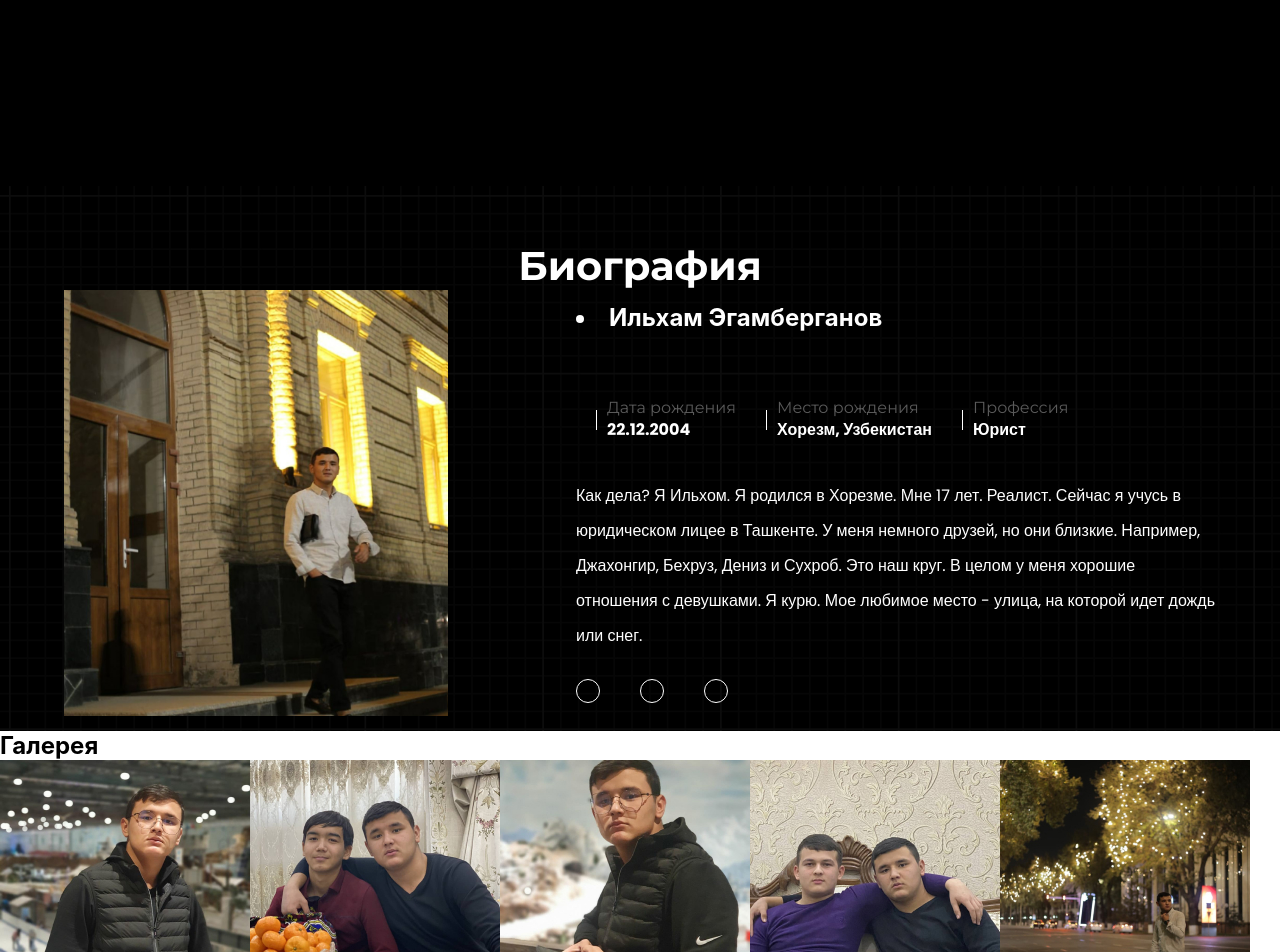
Repository: sardorexe/xishnik
Page: /
An editor plug-in stored every save of this project. The page is shown before and after a run of saves, followed by the edit.
The browser window is 1280 px wide. The pictures show the part of the page from y = 534 to 1486 px (the page is 1985 px tall before and 2085 px after).
Pictures or frames that could not be fetched are drawn as grey boxes. Some icons come from a web library that is not loaded, so they are not drawn. Some web libraries are served in a nearby version. The project was rebuilt for these pictures with package versions that can differ from the ones it lists, and the page was loaded fresh each time. Some packages were replaced by stand-ins written for this rebuild. The framework's server and built-in components were replaced by stand-ins that run in the browser. Also part of the build but not shown: next.config.js.

Above is the page before, as saved 2021-09-27 18:51:09.

### pages/_app.js
import "../styles/globals.css";
import Layout from "../comps/layout";
import Head from "next/head";

function MyApp({ Component, pageProps }) {
  return (
    <>
      <Head>
        <link
          rel="stylesheet"
          href="https://pro.fontawesome.com/releases/v5.10.0/css/all.css"
          integrity="sha384-AYmEC3Yw5cVb3ZcuHtOA93w35dYTsvhLPVnYs9eStHfGJvOvKxVfELGroGkvsg+p"
          crossorigin="anonymous"
        />
      </Head>
      <Layout>
        <Component {...pageProps} />
      </Layout>
    </>
  );
}

export default MyApp;

### pages/_document.js
import Document, { Html, Head, Main, NextScript } from "next/document";

class MyDocument extends Document {
  static async getInitialProps(ctx) {
    const initialProps = await Document.getInitialProps(ctx);
    return { ...initialProps };
  }

  render() {
    return (
      <Html lang="en">
        <Head />
        <body>
          <Main />
          <NextScript />
        </body>
      </Html>
    );
  }
}

export default MyDocument

### pages/index.js
import Head from "next/head";
import Biography from "../comps/Biography";
import Gallery from "../comps/Gallery";
import Header from "../comps/Header";

export default function Home() {
  return (
    <>
      <Head>
        <title>Xishnik</title>
        <meta name="description" content="Xishnik gang bang" />
        <link rel="preconnect" href="https://fonts.googleapis.com" />
        <link rel="preconnect" href="https://fonts.gstatic.com" crossOrigin />
        <link
          href="https://fonts.googleapis.com/css2?family=Montserrat:wght@100;300;400;700&family=Poppins:wght@300;400;500;700&family=Quicksand:wght@700&display=swap&family=Racing+Sans+One&display=swap"
          rel="stylesheet"
        />
      </Head>
      <Header />
      <Biography />
      <Gallery />
    </>
  );
}

### styles/globals.css
::-webkit-scrollbar {
  display: none;
}

html,
body {
  padding: 0;
  margin: 0;
  font-family: -apple-system, BlinkMacSystemFont, Segoe UI, Roboto, Oxygen,
    Ubuntu, Cantarell, Fira Sans, Droid Sans, Helvetica Neue, sans-serif;
  box-sizing: border-box;
}

h1,
h2,
h3,
h4,
h5,
h6,
p {
  margin: 0;
  padding: 0;
}

a {
  color: inherit;
  text-decoration: none;
}

* {
  box-sizing: border-box;
}

### comps/layout.js
import Indicator from "./Indicator";

export default function Layout({ children }) {
  return (
    <>
      <Indicator />
      {children}
    </>
  );
}

### comps/Biography.js
import styles from "../styles/Biography.module.css";
import { useState, useEffect } from "react";
import AboutBox from "./miniComp/AboutBox";
import SocialMedia from "./miniComp/SocialMedia";

export default function Biography() {
  const [age, setAge] = useState(0);

  const calcAge = () => {
    let date = new Date();
    setAge(date.getFullYear() - 2004);
  };

  useEffect(() => {
    calcAge();
  }, []);

  return (
    <main className={styles.container}>
      <h1 className={styles.contentTitle}>Биография</h1>
      <div className={styles.parentContent}>
        <div className={styles.img}>
          <img
            src="/biography.jpg"
            width="100%"
            alt="xishnik, ilhom, xiwnik, hishnik, hiwnik, litsey, yurist, xorazm, gurlan"
          />
        </div>
        <div className={styles.content}>
          <h2>
            <li>Ильхaм Эгамберганов</li>
          </h2>
          <div className={styles.about}>
            <AboutBox
              icon="fal fa-calendar"
              title="Дата рождения"
              content="22.12.2004"
            />
            <AboutBox
              icon="fas fa-map-marker-alt"
              title="Место рождения"
              content="Хорезм, Узбекистан"
            />
            <AboutBox
              icon="fas fa-briefcase"
              title="Профессия"
              content="Юрист"
            />
          </div>
          <p className={styles.more}>
            Как дела? Я Ильхом. Я родился в Хорезме. Мне {age} лет. Реалист.
            Сейчас я учусь в юридическом лицее в Ташкенте. У меня немного
            друзей, но они близкие. Например, Джахонгир, Бехруз, Дениз и Сухроб.
            Это наш круг. В целом у меня хорошие отношения с девушками. Я курю.
            Мое любимое место - улица, на которой идет дождь или снег.
          </p>
          <div className={styles.social}>
            <SocialMedia
              icon="fab fa-instagram"
              url="https://instagram.com/xishnik_3583"
            />
            <SocialMedia icon="fas fa-phone" url="tel:+998974533583" />
            <SocialMedia
              icon="fab fa-telegram-plane"
              url="https://t.me/MR_ILKHAM"
            />
          </div>
        </div>
      </div>
      <div className={styles.freeContent}></div>
    </main>
  );
}

### comps/Gallery.js
import styles from "../styles/Gallery.module.css";

export default function Gallery() {
  return (
    <section className={styles.container}>
      <h2 className={styles.title}>Галерея</h2>
      <div className={styles.photos}>
        <div className={styles.photo}>
          <img
            src="/gallery1.jpg"
            alt="Xishnik jalla xishnik, ilhom, xiwnik, hishnik, hiwnik, litsey, yurist, xorazm, gurlan"
          />
          <img
            src="/gallery2.jpg"
            alt="Xishnik jalla xishnik, ilhom, xiwnik, hishnik, hiwnik, litsey, yurist, xorazm, gurlan"
          />
          <img
            src="/gallery3.jpg"
            alt="Xishnik jalla xishnik, ilhom, xiwnik, hishnik, hiwnik, litsey, yurist, xorazm, gurlan"
          />
          <img
            src="/gallery4.jpg"
            alt="Xishnik jalla xishnik, ilhom, xiwnik, hishnik, hiwnik, litsey, yurist, xorazm, gurlan"
          />
          <img
            src="/gallery5.jpg"
            alt="Xishnik jalla xishnik, ilhom, xiwnik, hishnik, hiwnik, litsey, yurist, xorazm, gurlan"
          />
          <img
            src="/gallery6.jpg"
            alt="Xishnik jalla xishnik, ilhom, xiwnik, hishnik, hiwnik, litsey, yurist, xorazm, gurlan"
          />
        </div>
      </div>
    </section>
  );
}

### comps/Header.js
import styles from "../styles/Home.module.css";

export default function Header() {
  return (
    <>
      <header className={styles.header}>
        <div className={styles.background}>
          <video
            loop
            muted
            autoPlay
            style={{
              objectFit: "cover",
              height: "100%",
              width: "40%",
              opacity: "0.6",
            }}
            src="/background.mp4"
          ></video>
        </div>
        <div className={styles.content}>
          <div className={styles.textContent}>
            <h1>XISHNIK GANG</h1>
            <li> -- Я получу всё что хочу</li>
          </div>
        </div>
      </header>
    </>
  );
}

### comps/Indicator.js
import { useState, useEffect } from "react";

export default function Indicator() {
  const [width, setWidth] = useState(0);
  const watchScrolling = () => {
    let winScroll =
      document.body.scrollTop || document.documentElement.scrollTop;
    let height =
      document.documentElement.scrollHeight -
      document.documentElement.clientHeight;
    let scrolled = (winScroll / height) * 100;
    setWidth(scrolled);
  };

  useEffect(() => {
    window.onscroll = function () {
      watchScrolling();
    };
  }, [width]);

  return (
    <>
      <div className="indicator"></div>
      <style jsx>{`
        .indicator {
          position: fixed;
          top: 0;
          left: 0;
          width: ${width}%;
          height: 4px;
          background: #fff;
          z-index: 99999999;
        }
      `}</style>
    </>
  );
}

### styles/Biography.module.css
.container {
  background: url(/background.jpg);
  background-size: cover;
  background-repeat: no-repeat;
  display: flex;
  flex-direction: column;
  justify-content: space-between;
  align-items: center;
  color: #fff;
}

.contentTitle {
  font-family: "Montserrat", sans-serif;
  font-weight: bold;
  margin-top: 55px;
  font-size: 40px;
}

.parentContent {
  display: flex;
  flex-direction: row;
  justify-content: space-around;
  width: 100%;
}

.content {
  display: flex;
  flex-direction: column;
  align-items: flex-start;
  justify-content: space-around;
  width: 50%;
}

.content h2 {
  margin-bottom: 40px;
}

.img {
  overflow: hidden;
  width: 30%;
}

.img img {
  width: 100%;
  height: 100%;
  object-fit: cover;
}

.about {
  display: flex;
  flex-direction: row;
  align-items: center;
  justify-content: space-between;
  flex-wrap: wrap;
}

.more {
  font-family: "Poppins", sans-serif;
  font-weight: medium;
  line-height: 35px;
}

.social {
  display: flex;
  flex-direction: row;
  align-items: flex-start;
}

.freeContent {
  margin-top: 15px;
}

### comps/miniComp/AboutBox.js
export default function AboutBox({ icon, title, content }) {
  return (
    <>
      <div className="aboutBox">
        <div className="icon">
          <i className={icon}></i>
        </div>
        <div className="text">
          <p className="title">{title}</p>
          <p className="content">{content}</p>
        </div>
      </div>
      <style jsx>{`
        .aboutBox {
          display: flex;
          flex-direction: row;
          align-items: center;
          justify-content: center;
          margin: 0 10px 10px 0;
        }

        .icon {
          display: flex;
          align-items: center;
          justify-content: center;
          margin-right: 10px;
          padding: 10px;
          border-right: 1px solid #fff;
        }

        .title {
          font-family: "Montserrat", sans-serif;
          color: #5a5a5a;
        }

        .content {
          font-family: "Poppins", sans-serif;
          font-weight: bold;
        }

        .icon i {
          color: #fff;
        }
      `}</style>
    </>
  );
}

### comps/miniComp/SocialMedia.js
import styles from "../../styles/Social.module.css";
import Link from "next/link";

export default function SocialMedia({ icon, url }) {
  return (
    <Link href={url}>
      <a className={styles.button} target="_blank">
        <span className={styles.background}></span>
        <i className={icon}></i>
      </a>
    </Link>
  );
}

### styles/Home.module.css
.header {
  background-color: #000;
  height: 100vh;
  display: flex;
  justify-content: center;
  align-items: center;
}

.background {
  width: 80%;
  height: 100vh;
  position: absolute;
  top: 0;
  left: 0;
}

.content {
  margin-left: 80px;
  width: 60%;
  height: 100%;
  z-index: 9999;
  display: flex;
  justify-content: center;
  align-items: center;
  background: rgb(0, 0, 0);
}

.content h1 {
  font-family: 'Racing Sans One', cursive;
  font-size: 46px;
  margin: 0;
  font-weight: 700;
  z-index: 9999;
  color: #fff;
}

.content li {
  color: rgba(255, 255, 255, 0.527);
  font-family: 'Inter', sans-serif;
  font-weight: lighter;
}

### styles/Social.module.css
.button {
  position: relative;
  border: 1px solid #fff;
  padding: 11px;
  display: flex;
  justify-content: center;
  align-items: center;
  border-radius: 50px;
  overflow: hidden;
  margin-right: 40px;
}

.background {
  position: absolute;
  top: 0;
  left: 0;
  width: 100%;
  height: 100%;
  background-color: #fff;
  transform: scaleY(0);
  transform-origin: top center;
  transition: transform 0.3s cubic-bezier(0.445, 0.05, 0.55, 0.95);
}

.button:hover .background {
  transform-origin: bottom center;
  transform: scaleY(1);
}

.button i {
  color: #fff;
  z-index: 1;
  font-size: 20px;
  transition: color 0.3s ease;
}

.button:hover i {
    color: #000;
}

Loaded but not shown: styles/Gallery.module.css (common file)

After the next 2 saves:
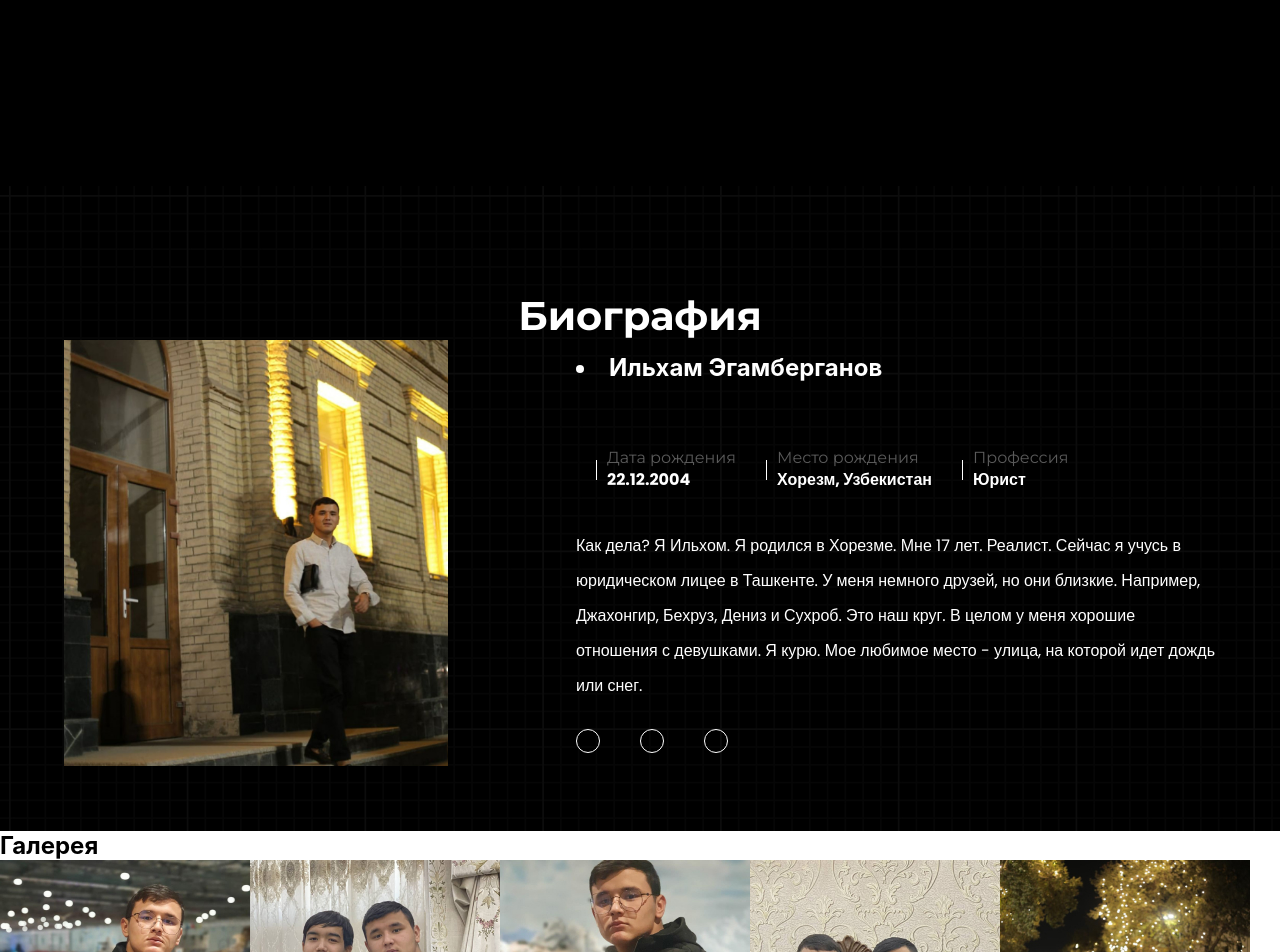
The 2 saves are shown as one change because they came seconds apart.
The last was saved 14 s later.
--- a/styles/Biography.module.css
+++ b/styles/Biography.module.css
@@ -7,6 +7,7 @@
   justify-content: space-between;
   align-items: center;
   color: #fff;
+  padding: 50px 0;
 }
 
 .contentTitle {
